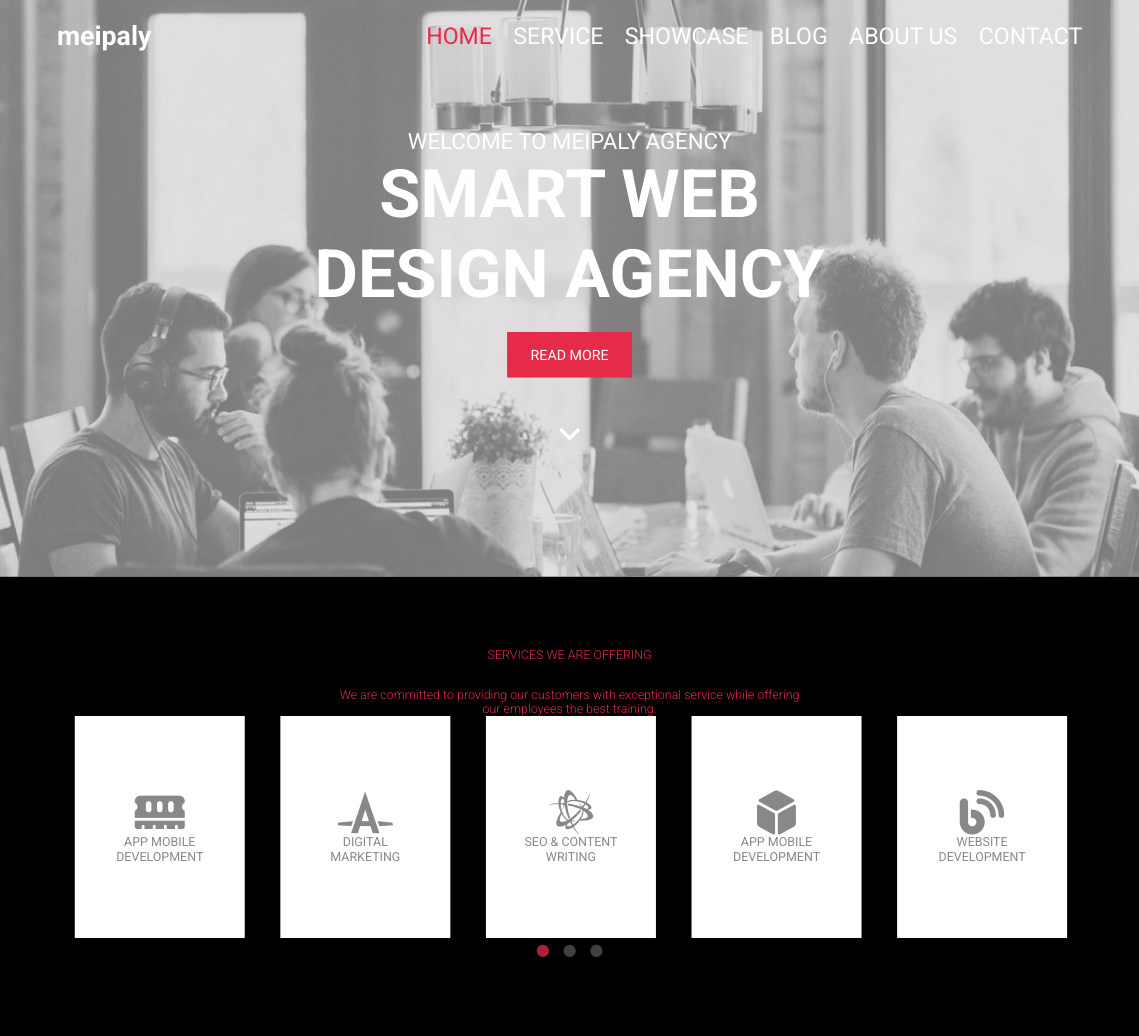
Repository: ducdatit2002/meipaly
Page: index.html
An editor plug-in stored every save of this project. The page is shown before and after a run of saves, followed by the edit.
The browser window is 1280 px wide. The pictures show the whole page, at 89% of full size.

Above is the page before, as saved 2023-07-17 11:04:50.

After the next 2 saves:
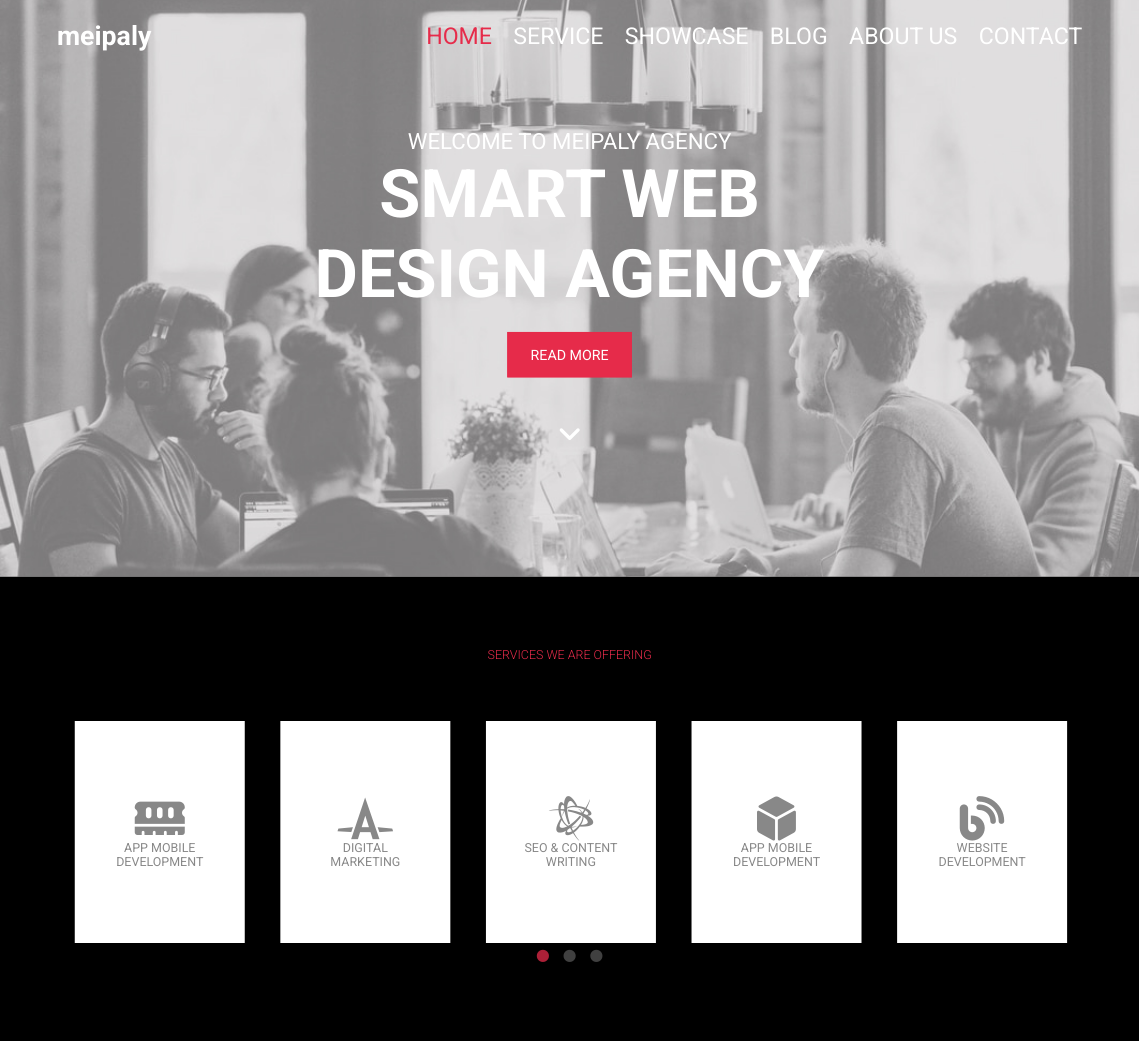
The 2 saves are shown as one change because they came seconds apart.
The last was saved 40 s later.
--- a/index.css
+++ b/index.css
@@ -117,7 +117,7 @@ header a.active, header a:hover {
 .carousel__title {
     text-align: center;
 }
-.carousel__title p{
+.carousel__title p:first-of-type{
     font-size: 14px;
     color: #e62b4a;
     font-weight: 300;
